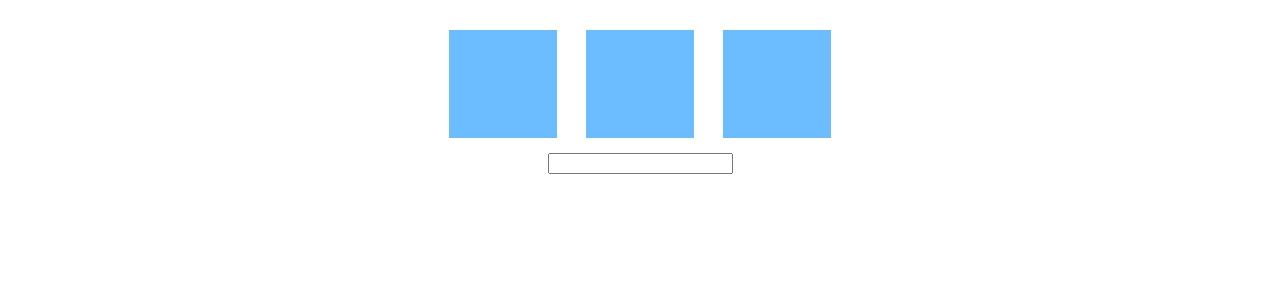
Repository: michalgornicki/insta-note
Page: /, after clicking the first element matching `div.button`
An editor plug-in stored every save of this project. The page is shown before and after a run of saves, followed by the edit.
The browser window is 1280 px wide. The pictures show the whole page.
The project was rebuilt for these pictures with package versions that can differ from the ones it lists, and the page was loaded fresh each time.

Above is the page before, as saved 2021-12-03 20:44:48.

After the next 2 saves:
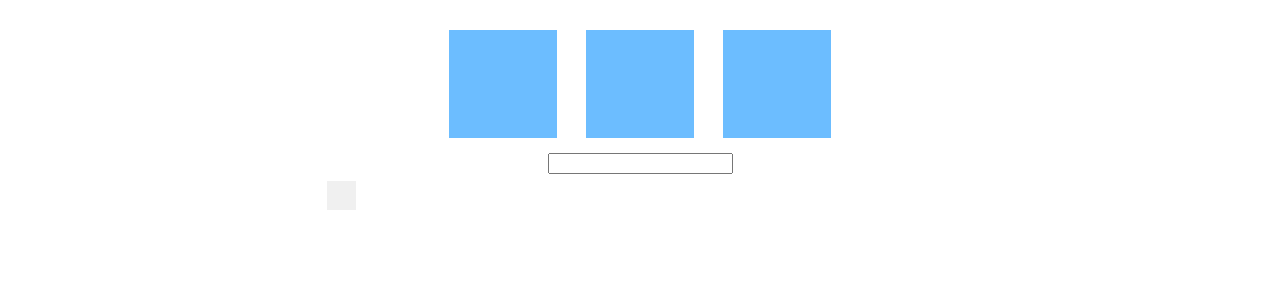
The 2 saves are shown as one change because they came seconds apart.
The last was saved 19 s later.
--- a/src/App.jsx
+++ b/src/App.jsx
@@ -22,7 +22,7 @@
       <input className="input" type="text" />
       <div className="list">
         {list.map((item, index) => {
-          return <div className="list-item" onClick={list.splice(0, 1)}>{item}</div>;
+          return <div className="list-item" onClick={() => list.splice(0, 1)}>{item}</div>;
         })}
       </div>
     </p>

After the save that followed:
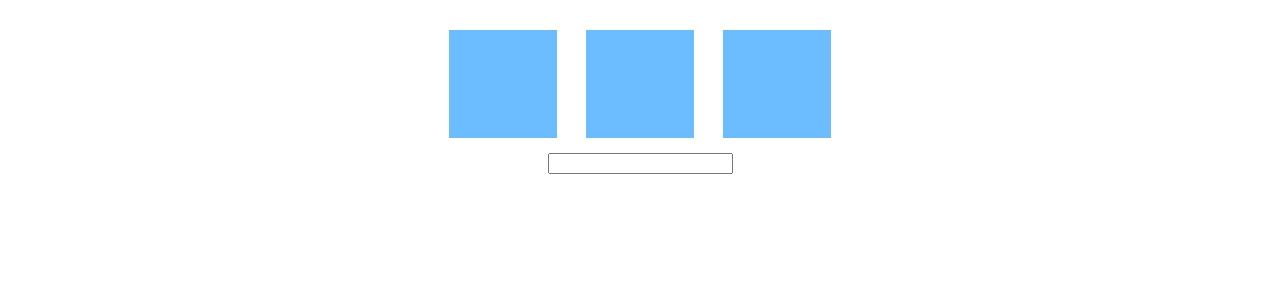
Saved 51 s later.
--- a/src/App.jsx
+++ b/src/App.jsx
@@ -22,7 +22,7 @@
       <input className="input" type="text" />
       <div className="list">
         {list.map((item, index) => {
-          return <div className="list-item" onClick={() => list.splice(0, 1)}>{item}</div>;
+          return <div className="list-item" onClick={list.splice(0, 1)}>{item}</div>;
         })}
       </div>
     </p>
